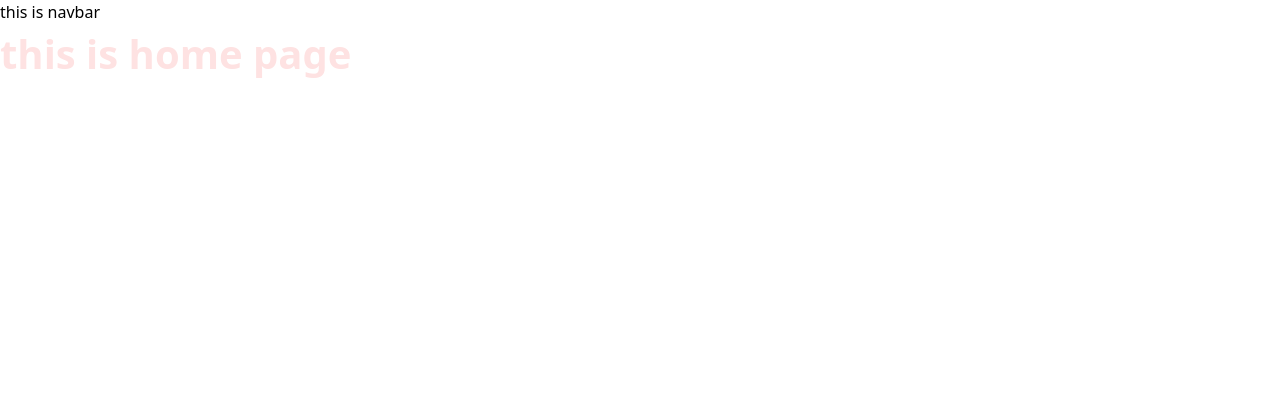
Repository: jahidhasanri/CAMPUSMART
Page: /
These files come from the project's save history. The page is drawn as it stood at one moment and after the next save; the edit follows.
The browser window is 1280 px wide. The pictures show the whole page.
The project was rebuilt for these pictures with package versions that can differ from the ones it lists, and the page was loaded fresh each time. Also part of the build but not shown: vite.config.js.

Above is the page before, as saved 2026-01-11 21:32:29.

After the next save:
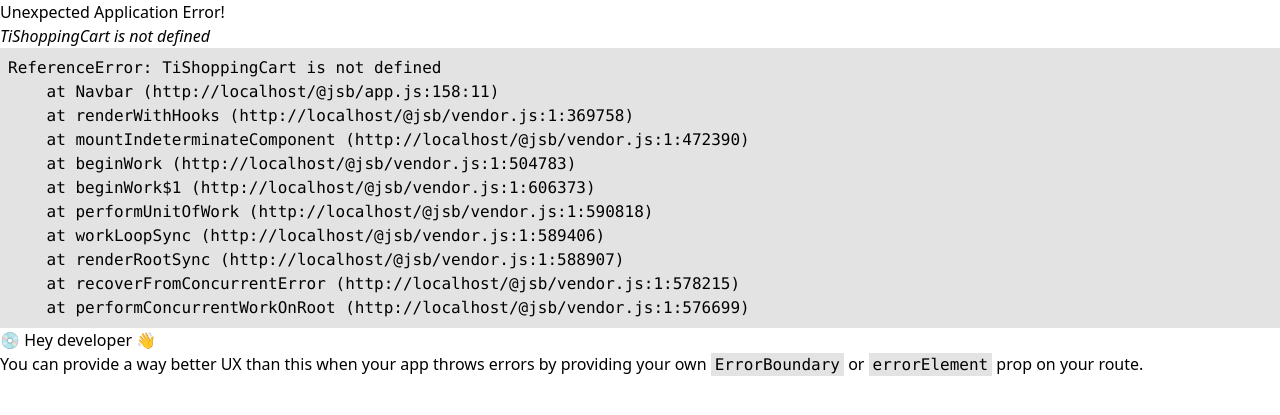
Console error: ReferenceError: TiShoppingCart is not defined
Saved 80 min 20 s later.
--- a/src/components/Navbar.jsx
+++ b/src/components/Navbar.jsx
@@ -1,11 +1,105 @@
-import React from 'react';
+
+import { useState } from "react";
+import { Link } from "react-router-dom";
+
 
 const Navbar = () => {
-    return (
-        <div>
-            this is navbar
+  const [menuOpen, setMenuOpen] = useState(false);
+
+  const navLinks = [
+    { name: "HOME", path: "/" },
+    { name: "SERVICES", path: "/services" },
+    { name: "PRODUCTS", path: "/products" },
+    { name: "ABOUT US", path: "/about" },
+    { name: "BLOG", path: "/blog" },
+    { name: "CONTACT", path: "/contact" },
+  ];
+
+  return (
+    <header className="bg-[#1d2b1e] text-white">
+      <div className="max-w-322.5 mx-auto px-2 py-5">
+        <div className="flex items-center justify-between h-16">
+
+          {/* Logo */}
+         <Link href={'/'}>
+          <Image
+            src="/images/logo.png"
+            alt="Green Nest Logo"
+            width={100}
+            height={50}
+            priority
+          />
+         </Link>
+
+          {/* Desktop Menu (lg only) */}
+          <ul className="hidden lg:flex gap-10 font-normal text-sm">
+            {navLinks.map((link) => {
+              return (
+                <li key={link.path}>
+                  <Link
+                    href={link.path}
+                    className={`pb-1 transition-all duration-300`}
+                  >
+                    {link.name}
+                  </Link>
+                </li>
+              );
+            })}
+          </ul>
+
+          {/* Cart + Login (md and up) */}
+          <Link href={'/login'} className="hidden md:flex items-center gap-6">
+            <TiShoppingCart
+              size={26}
+              className="cursor-pointer hover:text-[#5a8139]"
+            />
+            <button className="bg-[#5a8139] hover:bg-[#5b8139d7] px-4 py-1.5 cursor-pointer rounded">
+              Login
+            </button>
+          </Link>
+
+          {/* Hamburger (md & sm only) */}
+          <div className="lg:hidden">
+            <button onClick={() => setMenuOpen(!menuOpen)}>
+              {menuOpen ? <HiX size={28} /> : <HiMenuAlt3 size={28} />}
+            </button>
+          </div>
         </div>
-    );
+
+        {/* Mobile + Tablet Menu */}
+        {menuOpen && (
+          <div className="lg:hidden mt-4">
+            <ul className="flex flex-col gap-4 font-medium">
+              {navLinks.map((link) => {
+                return (
+                  <li key={link.path}>
+                    <Link
+                      href={link.path}
+                      onClick={() => setMenuOpen(false)}
+                      className={`block pb-1`}
+                    >
+                      {link.name}
+                    </Link>
+                  </li>
+                );
+              })}
+            </ul>
+
+                <Link href={'/login'} className=" md:hidden items-center gap-6">
+            <TiShoppingCart
+              size={26}
+              className="cursor-pointer mb-5 mt-5 hover:text-[#5a8139]"
+            />
+            <button className="bg-[#5a8139] mb-5 hover:bg-[#5b8139d7] px-4 py-1.5 cursor-pointer rounded">
+              Login
+            </button>
+          </Link>
+
+          </div>
+        )}
+      </div>
+    </header>
+  );
 };
 
 export default Navbar;
